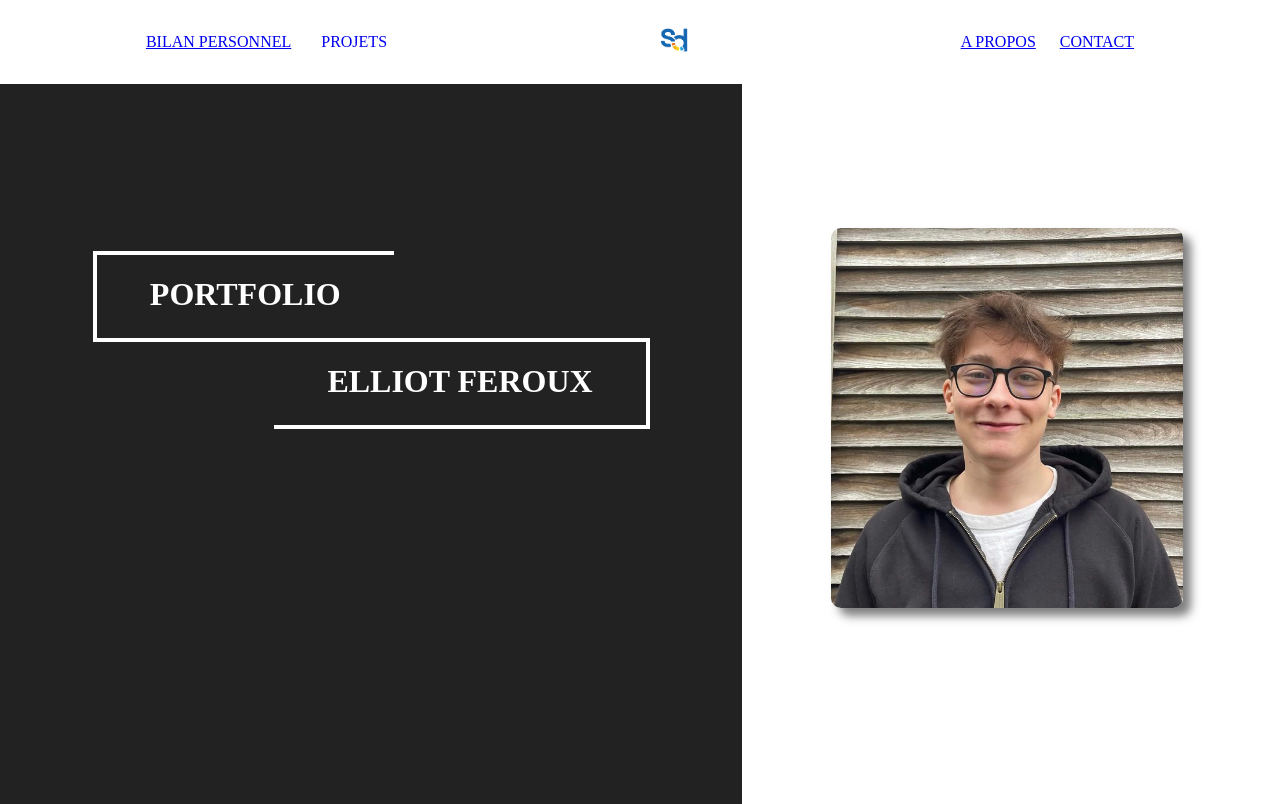
Repository: elliotfx/elliotfx.github.io
Page: html/main.html
An editor plug-in stored every save of this project. The page is shown before and after the next save, followed by the edit.
The browser window is 1280 px wide. The pictures show the whole page.

Above is the page before, as saved 2025-03-05 15:09:49.

### html/main.html
<!DOCTYPE html>
<html lang="fr">

<head>
    <meta charset="UTF-8">
    <meta name="viewport" content="width=device-width, initial-scale=1.0">
    <meta name="author" content="Elliot FEROUX">
    <meta name="description" content="Portfolio de Elliot FEROUX">
    <link rel="shortcut icon" href="SD.png" type="image/x-icon">
    <title>Accueil (Portfolio Elliot FEROUX)</title>
    <link rel="stylesheet" type="text/css" href="./../css/style.css" media="screen">
    <link rel="preconnect" href="https://fonts.googleapis.com">
    <link rel="preconnect" href="https://fonts.gstatic.com" crossorigin>
    <link href="https://fonts.googleapis.com/css2?family=Kanit:ital,wght@0,100;0,200;0,300;0,400;0,500;0,600;0,700;0,800;1,100;1,200;1,300;1,400;1,500;1,600;1,700;1,800&display=swap" rel="stylesheet">
    <link rel="stylesheet" href="../css/font-awesome-4.7.0/css/font-awesome.min.css">
</head>

<body>
<header>
    <div class="navbar" id="nav">
        <div class="burger-container">
            <i class="fa fa-bars iconeburger" aria-hidden="true"></i>
        </div>
        <ul class="navbar-menu">
            <li class="left-links">
                <ul class="left-links-submenu">
                    <li class="link-nav-underline"><a href="bilan.html">BILAN PERSONNEL</a></li>
                    <a href="projets.html"><li class="link-nav-underline-projet">PROJETS</li></a>
                </ul>
            </li>
            <li class="logo">
                <a href="https://iutp.univ-poitiers.fr/sd/" target="_blank">
                    <img src="./../Images/SD.png" alt="Logo BUT Sciences des Données">
                </a>
            </li>
            <li class="right-links">
                <ul>
                    <li class="link-nav-underline"><a href="apropos.html">A PROPOS</a></li>
                    <li class="link-nav-underline"><a href="contact.html">CONTACT</a></li>
                </ul>
            </li>
        </ul>
    </div>

    <div id="burgerbar">
        <a href="https://iutp.univ-poitiers.fr/sd/" target="_blank"><img src="./../Images/SD.png" alt="Logo BUT Sciences des Données" class="logo-burger"></a>
        <i class="fa fa-times iconeburgerclose" aria-hidden="true"></i>
        <ul class="burger-menu-list">
            <li class="link-nav-underline"><a href="bilan.html">BILAN PERSONNEL</a></li><br>
            <li class="link-nav-underline"><a href="projets1.html">PROJETS</a></li><br>
            <li class="link-nav-underline"><a href="apropos.html">A PROPOS</a></li><br>
            <li class="link-nav-underline"><a href="contact.html">CONTACT</a></li>
        </ul>
    </div>
</header>

<div class="container">
    <div class="half black">
        <div class="titles-container">
            <div class="portfolio-container">
                <h1>PORTFOLIO</h1>
            </div>
            <div class="name-container">
                <h1>ELLIOT FEROUX</h1>
            </div>
        </div>
    </div>
    <div class="half white">
        <div class="contenu">
            <a href="apropos.html"><img src="./../Images/PHOTO.jpg" alt="Photo de Elliot FEROUX" class="photo"></a>
        </div>
    </div>
</div>

<div class="bas">
    <div class="containerphoto2">
        <a href="apropos.html"><img src="./../Images/PHOTO.jpg" alt="Photo de Elliot FEROUX" class="photo2"></a>
    </div>
</div>

<script src="./../js/script_projets.js"></script>
</body>

</html>

### css/style.css
@import "navbar_stylesheet.css" ;

.bas {
    display: none;
    position: relative;
    bottom: 0;
    left: 0;
    width: 100%;
    height: 500px;
    background-color: rgb(255, 255, 255);
    box-sizing: border-box;
    z-index: 1000;
}

.bas .photo2 {
    width: 40%;
    height: auto;
    display: block;
    left: 32%;
    top: 10%;
}

.logo:hover img {
    animation: anim 1s infinite alternate;
}

body, html {
    margin: 0;
    padding: 0;
    overflow: hidden;
}

.nom,
.portfolio {
    font-family: "Géorgie", sans-serif;
    position: absolute;
    color: #fff;
}

.photo {
    position: relative;
    float: right;
    border-radius: 10px;
    box-shadow: 8px 8px 10px 0 rgba(0, 0, 0, 0.5);
    width: 80%;
}

.photo2 {
    width: 100%;
    display: block;
    border-radius: 10px;
    box-shadow: 8px 8px 10px 0 rgba(0, 0, 0, 0.5);
    position: relative;
}

.contenu {
    position: absolute;
    float: right;
    width: fit-content;
    height: fit-content;
    right: 18%;
    top: 16%;
    transition: 1s;
    display: inline;
}

.containerphoto2 {
    position: absolute;
    transition: 1s;
    height: 100%;
    width: 100%;
    display: inline;
    left: 0;
    top: 0;
}

.containerphoto2:hover,
.contenu:hover {
    transform: scale(1.10);
}

.container {
    width: 100%;
    height: 100vh;
    display: flex;
}

.half {
    height: 100%;
    position: relative;
}

.black {
    background-color: #222222;
    width: 58%;
}

.white {
    background-color: #fff;
    width: 42%;
}

.nom {
    top: 43.5%;
    left: 40%;
    font-size: 3em;
    position: absolute;
}

.titles-container {
    width: 100%;
    height: 100%;
    display: block;
    justify-content: center;
    align-items: center;
    padding-top: 21.5%;
}

.titles-container .portfolio-container {
    float: left;
    width: 40%;
    margin-left: 12.5%;
    border-top: 4px solid #fff;
    border-left: 4px solid #fff;
    border-bottom: 4px solid #fff;
}

.titles-container .name-container {
    float: right;
    width: 50%;
    margin-right: 12.5%;
    border-top: 4px solid #fff;
    border-right: 4px solid #fff;
    border-bottom: 4px solid #fff;
    margin-top: -4px;
}

h1 {
    width: 100%;
    font-size: 4em;
    color: #fff;
    text-align: center;
}

h1:after {
    content: "";
    display: block;
    margin-left: 5%;
    width: 90%;
    height: 3px;
    background: #ffffff;
    transform: scaleX(0);
    transition: transform 0.2s ease-in-out;
}

h1:hover:after {
    transform: scaleX(1);
}

.navbar > ul {
    justify-content: space-around;
}

.left-links > ul > li,
.right-links > ul > li {
    margin-left: 0;
}

.left-links > ul > li + li,
.right-links > ul > li + li {
    margin-left: 20px;
}

@media screen and (max-width: 1400px) {
    .Lignes {
        width: 100%;
    }

    .contenu {
        top: 20%;
    }
}

@media screen and (max-width: 1440px) {
    .nom {
        left: calc(43% - 8%);
    }

    h1 {
        font-size: 3em;
    }
}

@media screen and (max-width: 1415px) {
    .nom {
        left: calc(36% - 8%);
    }

    .titles-container {
        padding-top: 21.5%;
    }
}

@media screen and (max-width: 1390px) {
    .nom {
        left: calc(35% - 8%);
    }

    h1 {
        font-size: 2em;
    }

    .titles-container {
        padding-top: calc(21.5% + 1%);
    }
}

@media screen and (max-width: 1300px) {
    .nom {
        left: calc(34% - 8%);
    }
}

@media screen and (max-width: 1275px) {
    .nom {
        left: calc(33% - 8%);
    }

    .titles-container {
        padding-top: calc(21.5% + 3%);
    }
}

@media screen and (max-width: 1250px) {
    .nom {
        left: calc(32% - 8%);
    }
}

@media screen and (max-width: 1225px) {
    .nom {
        left: calc(31% - 8%);
    }

    .titles-container {
        padding-top: calc(21.5% + 5%);
    }
}

@media screen and (max-width: 1200px) {
    .nom {
        left: calc(30% - 8%);
    }
}

@media screen and (max-width: 1175px) {
    .nom {
        left: calc(29% - 8%);
    }

    .titles-container {
        padding-top: calc(21.5% + 7%);
    }
}

@media screen and (max-width: 1150px) {
    .nom {
        left: calc(28% - 8%);
    }
}

@media screen and (max-width: 1125px) {
    .nom {
        left: calc(27% - 8%);
    }
    .titles-container {
        padding-top: calc(21.5% + 9%);
    }
}

@media screen and (max-width: 1100px) {
    .nom {
        left: calc(26% - 8%);
    }
}

@media screen and (max-width: 1075px) {
    .nom {
        left: calc(25% - 8%);
    }

    .titles-container {
        padding-top: calc(21.5% + 11%);
    }
}

@media screen and (max-width: 1050px) {
    .nom {
        left: calc(24% - 8%);
    }
}

@media screen and (max-width: 1025px) {
    .nom {
        left: calc(23% - 8%);
    }
}

@media screen and (max-width: 1000px) {
    .nom {
        left: calc(22% - 8%);
    }
    .titles-container {
        padding-top: calc(21.5% + 13%);
    }
}

@media screen and (max-width: 975px) {
    .nom {
        left: calc(21% - 8%);
    }
}

@media screen and (max-width: 950px) {
    .nom {
        left: calc(20% - 8%);
    }
}

@media screen and (max-width: 925px) {
    .nom {
        left: calc(19% - 8%);
    }
    .titles-container {
        padding-top: calc(21.5% + 15%);
    }
}

@media screen and (max-width: 900px) {
    .Lignes {
        left: 0;
        top: 5%;
    }

    .white {
        display: none;
    }

    .black {
        width: 100%;
    }

    body, html {
        overflow-y: auto;
    }

    .nom {
        left: 40%;
    }

    .navbar > ul {
        justify-content: flex-end;
    }

    ul > li.left-links,
    ul > li.right-links {
        display: none;
    }

    ul > li.logo {
        float: right;
    }

    .burger-container {
        display: block;
    }

    .bas {
        display: block;
    }

    .containerphoto2 {
        display: block;
    }
    .photo2 {
        position: absolute;
        width: 100%;
        height: auto;
        display: block;
    }

    .black {
        height: 95%;
    }
    .titles-container {
        padding-top: 21.5%;
    }
}

.iconeburger {
    cursor: pointer;
    position: relative;
}

#burgerbar {
    height: 100vh;
    width: 50%;
    background-color: #fff;
    position: fixed;
    top: 0;
    left: -100%;
    display: flex;
    flex-direction: column;
    align-items: center;
    justify-content: center;
    z-index: 3000;
    transition: left 0.3s ease-in-out;
    padding: 20px;
    box-shadow: 2px 0 5px rgba(0, 0, 0, 0.5);
}

#burgerbar .iconeburgerclose {
    font-size: 2em;
    cursor: pointer;
    position: absolute;
    top: 20px;
    right: 20px;
}

.burger-menu-list {
    list-style-type: none;
    padding: 0;
    margin: 0;
    width: 100%;
    text-align: center;
}

.burger-menu-list li {
    margin: 20px 0;
}

.burger-container {
    display: none;
    width: 5%;
    height: 100%;
    justify-content: center;
    align-items: center;
    cursor: pointer;
}

.burger-container .iconeburger {
    font-size: 2em;
}

.burger-logo {
    position: absolute;
    bottom: 20px;
    right: 20px;
}

#burgerbar .logo-burger {
    max-width: 50px;
    height: auto;
}

@media screen and (max-width: 900px) {
    .burger-container {
        display: flex;
    }
    .navbar ul {
        display: none;
    }
}

.burger-container.open #burgerbar {
    left: 0;
}

@media screen and (max-width: 900px) {
    .navbar ul {
        display: none;
    }

    .burger-menu-list {
        position: relative;
        display: block;
    }

    .burger-menu-list li {
        margin: 10px 0;
    }
}

### css/navbar_stylesheet.css
html,
body {
    overflow-x: hidden;
}

ul {
    list-style-type: none;
    padding: 0;
    margin: 0;
}

header {
    background-color: #ffffff;
    box-shadow: 3px 3px 4px rgba(205, 205, 205, 0.5);
    display: flex;
    justify-content: center;
    align-items: center;
    padding: 15px;
    z-index: 2000;
}

.navbar {
    width: 100%;
    display: flex;
    justify-content: space-between;
    align-items: center;
}

.navbar-menu {
    display: flex;
    justify-content: space-between;
    width: 100%;
    align-items: center;
}

.left-links, .right-links {
    display: flex;
    gap: 30px;
}

.left-links-submenu {
    display: flex;
    gap: 30px;
}

.logo img {
    width: 50px;
    height: 50px;
}

/* Effet souligné au survol */
.link-nav-underline, .link-nav-underline-projet {
    display: inline-block;
    position: relative;
    text-decoration: none;
    color: inherit;
}

.link-nav-underline::after,
.link-nav-underline-projet::after {
    content: "";
    display: block;
    position: absolute;
    bottom: 0;
    left: 0;
    width: 100%;
    height: 2px;
    background: #000;
    transform: scaleX(0);
    transition: transform 0.2s ease-in-out;
    transform-origin: left;
}

.link-nav-underline:hover::after,
.link-nav-underline-projet:hover::after {
    transform: scaleX(1);
}

/* Style du menu burger */
.burger-container {
    display: none;
    cursor: pointer;
}

#burgerbar {
    height: 100vh;
    width: 50%;
    background-color: #fff;
    position: fixed;
    top: 0;
    left: -100%;
    display: flex;
    flex-direction: column;
    align-items: center;
    justify-content: center;
    z-index: 3000;
    transition: left 0.3s ease-in-out;
    padding: 20px;
    box-shadow: 2px 0 5px rgba(0, 0, 0, 0.5);
}

/* Responsive pour mobiles */
@media screen and (max-width: 900px) {
    .navbar-menu {
        display: none;
    }

    .burger-container {
        display: flex;
    }

    .burger-menu-list {
        display: block;
        text-align: center;
    }

    .burger-menu-list li {
        margin: 15px 0;
    }
}

Loaded but not shown: css/font-awesome-4.7.0/css/font-awesome.min.css (library); JS/script_projets.js (no copy from this time; the picture is the same without it)

After the next save:
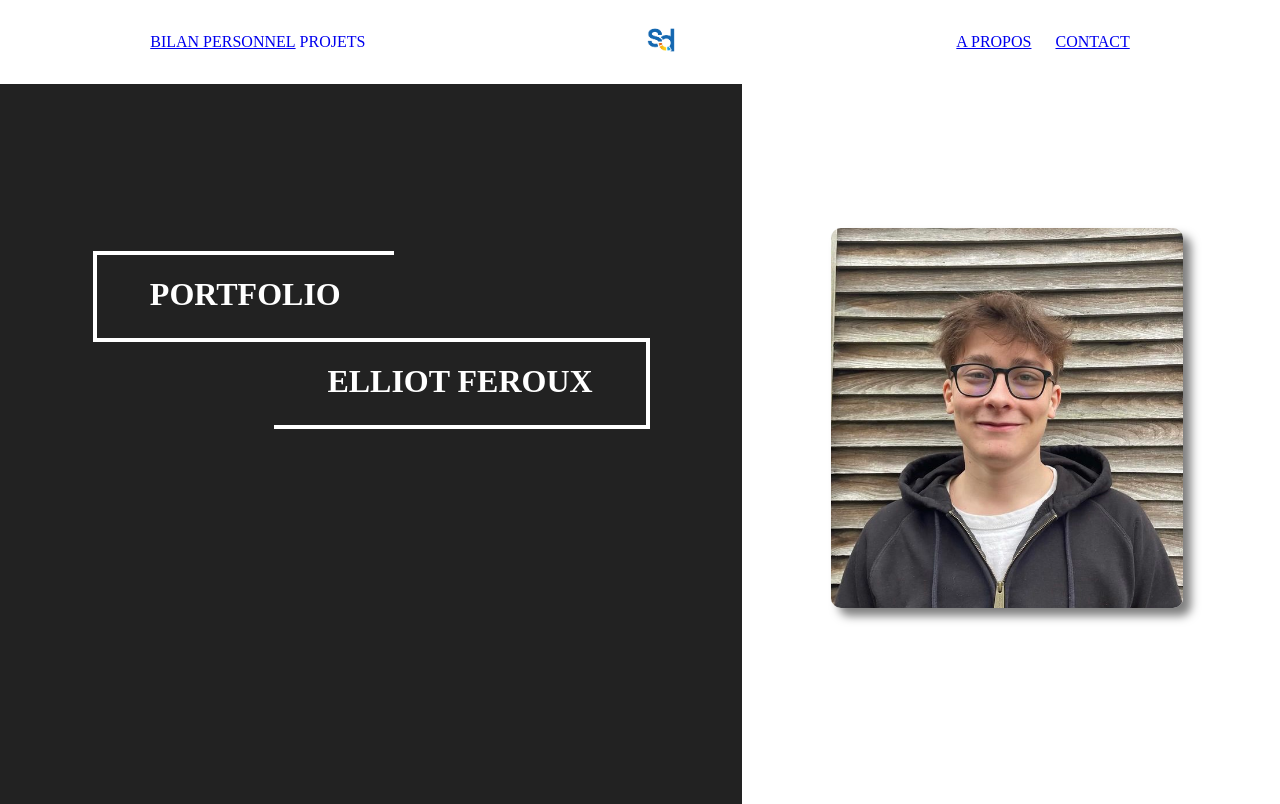
Saved 25 min 28 s later.
--- a/css/navbar_stylesheet.css
+++ b/css/navbar_stylesheet.css
@@ -22,25 +22,16 @@ header {
 .navbar {
     width: 100%;
     display: flex;
-    justify-content: space-between;
+    justify-content: center;
     align-items: center;
 }
 
+/* Modification principale pour répartir équitablement les éléments */
 .navbar-menu {
     display: flex;
-    justify-content: space-between;
+    justify-content: space-around;
+    align-items: center;
     width: 100%;
-    align-items: center;
-}
-
-.left-links, .right-links {
-    display: flex;
-    gap: 30px;
-}
-
-.left-links-submenu {
-    display: flex;
-    gap: 30px;
 }
 
 .logo img {
